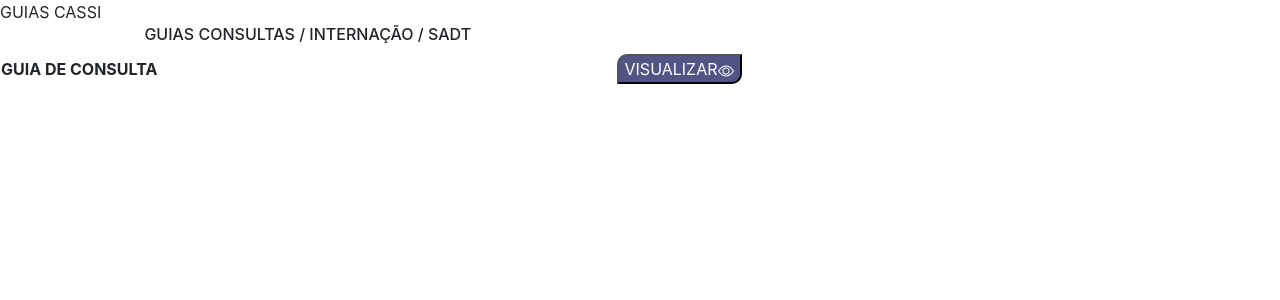
Repository: Leandromarim/INTRANET_PARTICULAR
Page: guiasCasbeg.html
An editor plug-in stored every save of this project. The page is shown before and after the next save, followed by the edit.
The browser window is 1280 px wide. The pictures show the whole page.

Above is the page before, as saved 2021-12-29 12:41:35.
Not found: ajax.js

### guiasCasbeg.html
<!DOCTYPE html>
<html lang="pt-br">

<head>
    <meta charset="UTF-8" />
    <meta http-equiv="X-UA-Compatible" content="IE=edge" />
    <meta name="viewport" content="width=device-width, initial-scale=1.0" />
    <link rel="stylesheet" href="./assets/css/bootstrap-grid.css" />
    <link rel="stylesheet" href="./assets/css/bootstrap-grid.min.css" />
    <link rel="stylesheet" href="./assets/css/bootstrap.css" />
    <link rel="stylesheet" href="./assets/css/bootstrap.css" />
    <link rel="stylesheet" href="./assets/css/tables.css" />
    <link rel="stylesheet" href="./assets/css/body.css" />
    <link rel="stylesheet" href="https://stackpath.bootstrapcdn.com/bootstrap/4.1.3/css/bootstrap.min.css" integrity="sha384-MCw98/SFnGE8fJT3GXwEOngsV7Zt27NXFoaoApmYm81iuXoPkFOJwJ8ERdknLPMO" crossorigin="anonymous" />
    <link rel="icon" href="./image/ico/ico_ha.ico" />
    <title>Intranet 2.0</title>
</head>

<body>
    <header id="mainheader"></header>
    <main>
        <section class="container-titulo-tabela">
            <span class="titulo-docs">GUIAS CASSI</span>
        </section>
        <div class="table-centralizado">
            <table class="col-sm-6 col-lg-8">
                <thead>
                    <th class="titulo-setor" colspan="2">
                        <h6>GUIAS CONSULTAS / INTERNAÇÃO / SADT</h6>
                    </th>
                </thead>
                <tbody class="col-sm-6 col-lg-8">
                    <tr>
                        <th class="titulo">GUIA DE CONSULTA</th>
                        <td><a href="doc/guias/casbeg_consulta.pdf"><button type="button" class="btn-visualizar">VISUALIZAR<svg xmlns="http://www.w3.org/2000/svg" width="16" height="16" fill="currentColor" class="bi bi-eye" viewBox="0 0 16 16">
                    <path d="M16 8s-3-5.5-8-5.5S0 8 0 8s3 5.5 8 5.5S16 8 16 8zM1.173 8a13.133 13.133 0 0 1 1.66-2.043C4.12 4.668 5.88 3.5 8 3.5c2.12 0 3.879 1.168 5.168 2.457A13.133 13.133 0 0 1 14.828 8c-.058.087-.122.183-.195.288-.335.48-.83 1.12-1.465 1.755C11.879 11.332 10.119 12.5 8 12.5c-2.12 0-3.879-1.168-5.168-2.457A13.134 13.134 0 0 1 1.172 8z"/>
                    <path d="M8 5.5a2.5 2.5 0 1 0 0 5 2.5 2.5 0 0 0 0-5zM4.5 8a3.5 3.5 0 1 1 7 0 3.5 3.5 0 0 1-7 0z"/>
                  </svg></button></a></td>
                    </tr>
                </tbody>
            </table>
        </div>
        <br><br><br><br><br><br><br><br><br><br><br><br>
    </main>
    <footer id="mainfooter"></footer>
</body>
<script src="assets/js/bootstrap.js"></script>
<script src="ajax.js"></script>

</html>

### assets/css/tables.css
section.table-centralizado, thead{
    position: relative;
    display: flex;
    align-items: center;
    align-content: center;
    justify-content: center;
    justify-items: center;
}

.tabela {
    position: relative;
    display: flex;
    align-items: center;
    align-content: center;
    justify-items: center;
    justify-content: center;
}

thead h2.titulo-tabela {
    position: relative;
    display: flex;
    justify-content: center;
    justify-items: center;
    align-items: center;
    align-content: center;
}


main table.table {
    background-color: #fff;
}

th.celula,
td.coluna {
    color: #525486;
    text-transform: uppercase;
}

th {
    border-radius: 20px;
}

td .btn-visualizar {
    background-color: #525486;
    color: #fff;
    border-radius: 10px 0 10px 0;
}

td .btn-visualizar:hover {
    background-color: #fff;
    color: #525486;
}

### assets/css/body.css
.container-card {
    display: flex;
    position: relative;
    align-items: center;
    align-content: center;
    justify-content: center;
    justify-items: center;
}

.container-card img {
    border-radius: 20px 0 20px 0;
}

div.card {
    position: relative;
    display: flex;
    width: 20rem;
    margin: 5px;
    padding: 1px;
    background-color: #525486;
    border-radius: 20px 0 20px 0;
    top: 10px;
}

#card-text {
    display: flex;
    position: relative;
    color: white;
    align-content: center;
    align-items: center;
    justify-content: center;
    justify-items: center;
}

.titulo-docs h2 {
    position: relative;
    display: flex;
    justify-content: center;
    color: #525486;
}

Loaded but not shown: assets/css/bootstrap-grid.css (library); assets/css/bootstrap-grid.min.css (library); assets/css/bootstrap.css (library); assets/js/bootstrap.js (library)

After the next save:
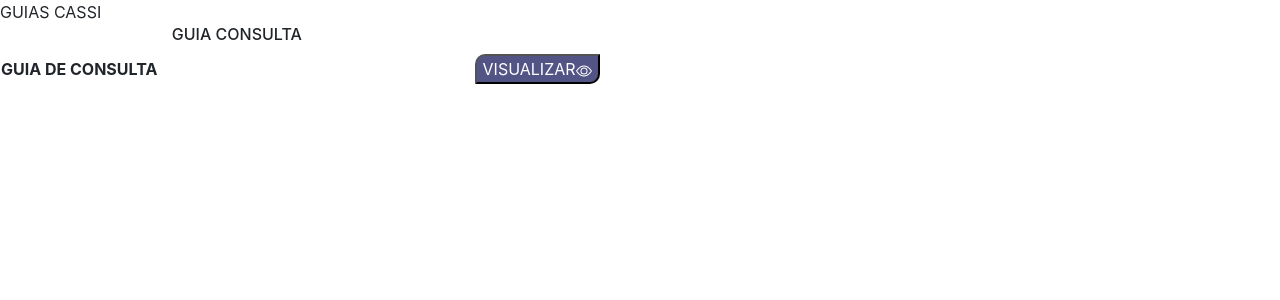
Saved 34 s later.
--- a/guiasCasbeg.html
+++ b/guiasCasbeg.html
@@ -26,7 +26,7 @@
             <table class="col-sm-6 col-lg-8">
                 <thead>
                     <th class="titulo-setor" colspan="2">
-                        <h6>GUIAS CONSULTAS / INTERNAÇÃO / SADT</h6>
+                        <h6>GUIA CONSULTA</h6>
                     </th>
                 </thead>
                 <tbody class="col-sm-6 col-lg-8">
